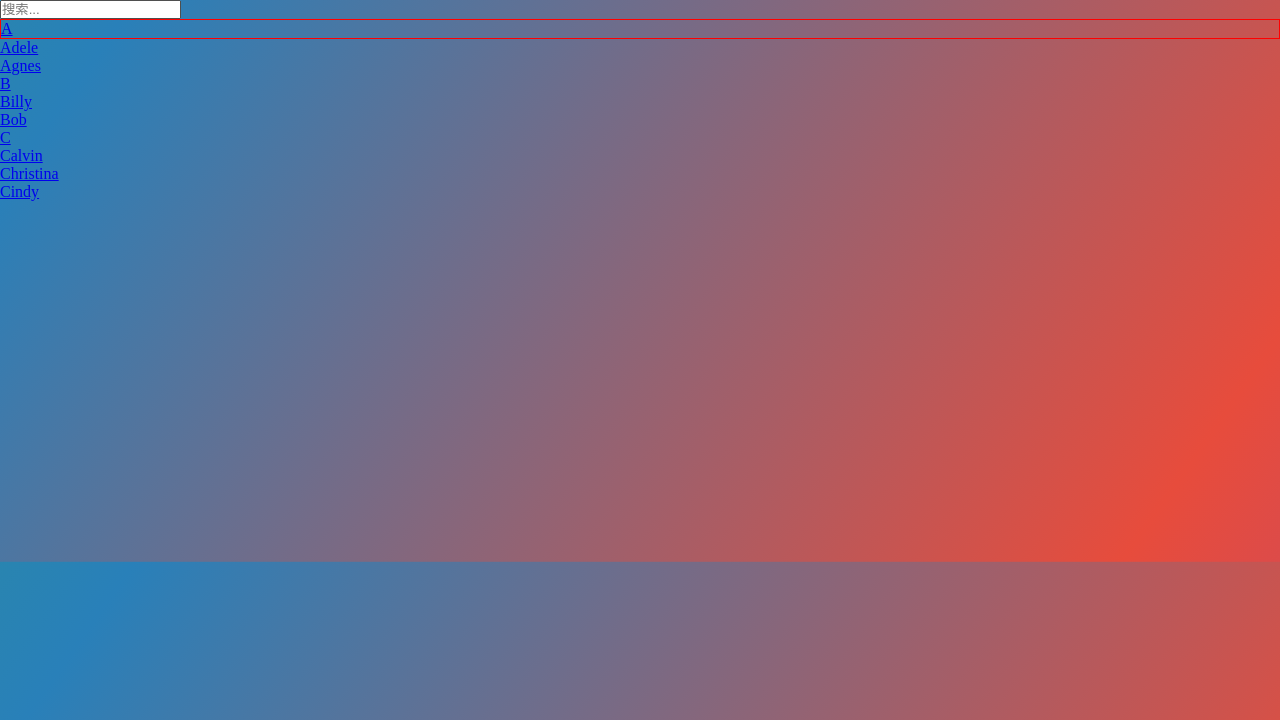
Repository: bigzheng11/selectWork
Page: 原生JS实现/原生JS实现.html
An editor plug-in stored every save of this project. The page is shown before and after the next save, followed by the edit.
The browser window is 1280 px wide. The pictures show the whole page.

Above is the page before, as saved 2022-10-25 09:23:11.

After the next save:
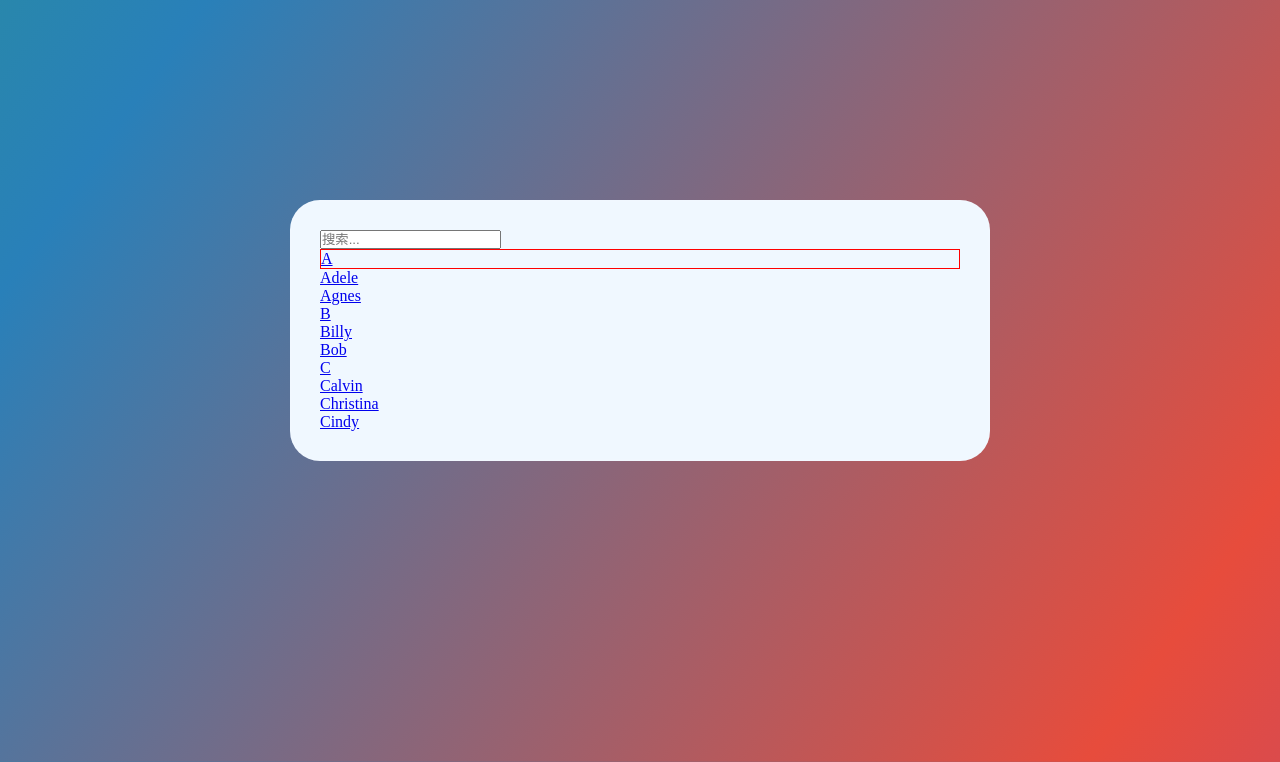
Saved 11 s later.
--- a/原生JS实现/原生JS实现.html
+++ b/原生JS实现/原生JS实现.html
@@ -40,6 +40,13 @@
                 100% {
                     background-position: 0% 50%;
                 }
+            } #app {
+                background-color: aliceblue;
+                width: 50%;
+                margin: 200px auto;
+                padding: 30px;
+                border-radius: 30px;
+                box-shadow: inset 0 0 6px rgba(255, 255, 255, 0.2);
             }
             li {
                 list-style-type: none;
